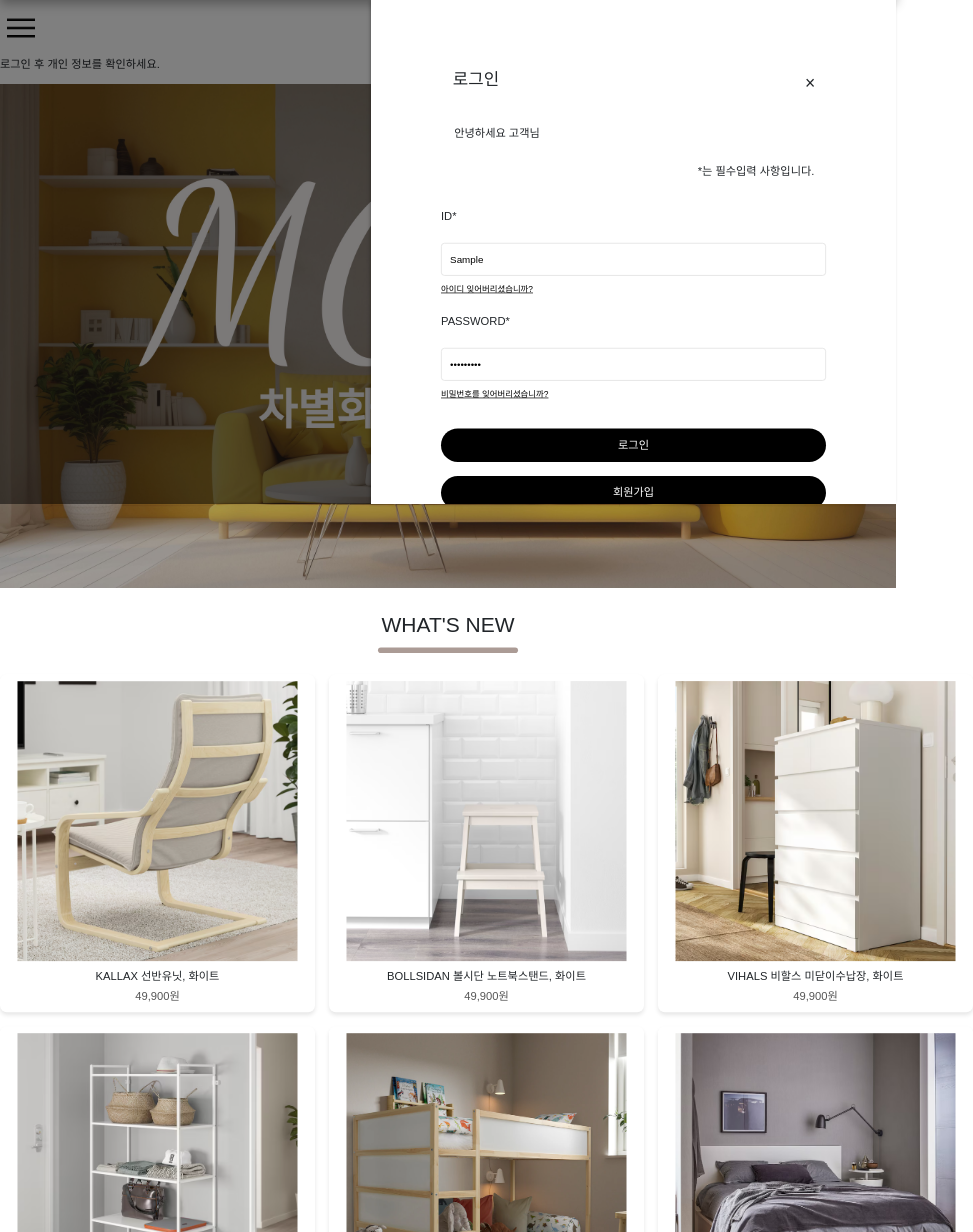
Repository: 0823-01/MonoLiving
Page: http://localhost/shoppingMall/
The author's editor kept a copy of each file at every save. The page is drawn from the files as they stood at one save, then again after the next save.
The browser window is 1280 px wide. The page is 1390 px wide, so the pictures cover 1390 px, including what lies to the right of the window. The pictures show the part of the page from y = 0 to 1760 px (the page is 8497 px tall), at 70% of full size.
Empty fields were first filled with sample values (such as "Sample", 5 or name@example.com).
After loading, the first visible `img[onclick="handleWishlistClick()"]` was clicked once.
An inner scrolling area shows only its first screen. Some web fonts or font styles are not loaded; a fallback is used. The page is served by Tomcat 9.

Above is the page before, as saved 2024-11-01 02:06:46.
Console error: SyntaxError: Identifier 'menuImage' has already been declared

After the next save:
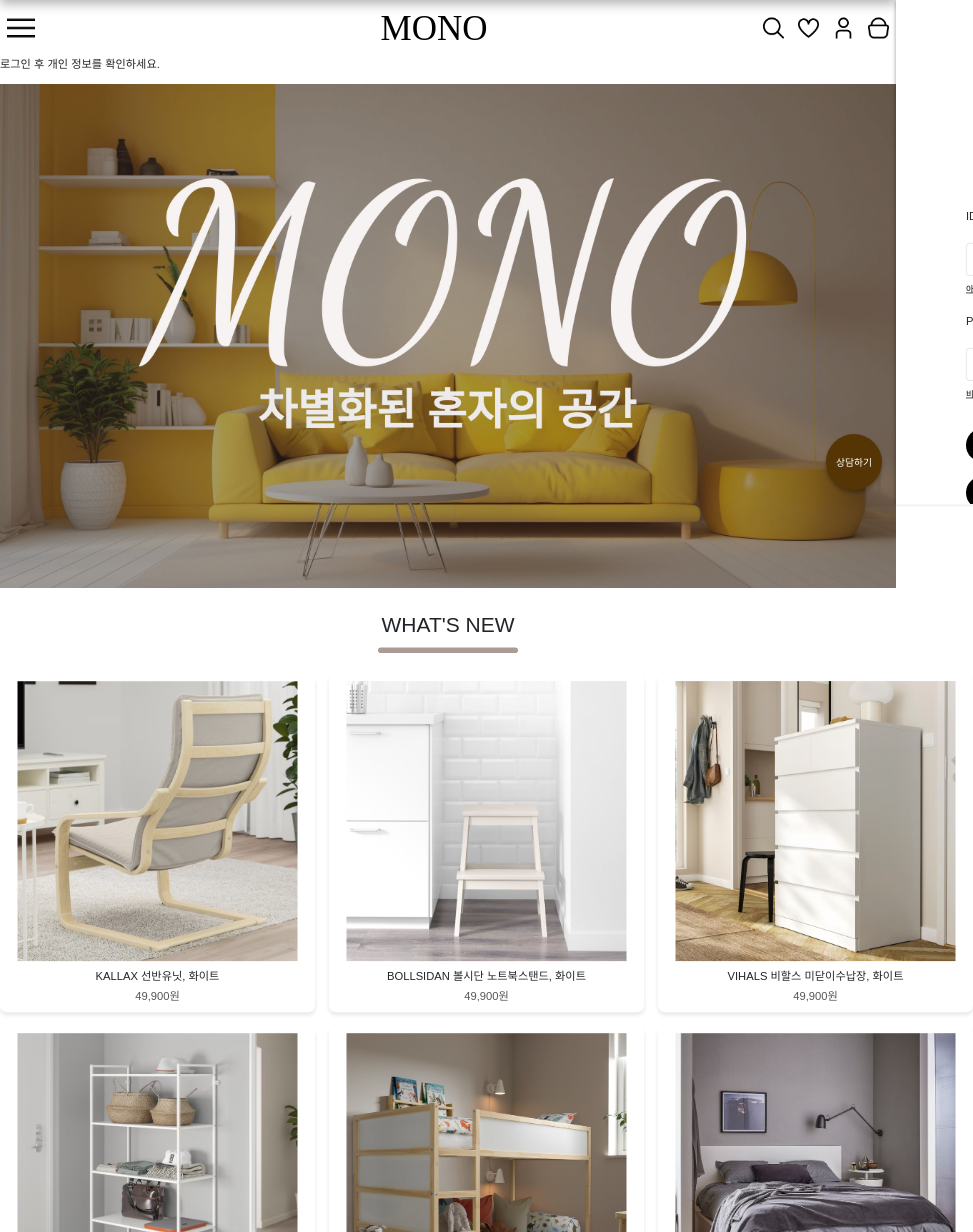
Saved 3 min 43 s later.
--- a/shoppingMall/src/main/webapp/views/common/header.jsp
+++ b/shoppingMall/src/main/webapp/views/common/header.jsp
@@ -59,17 +59,17 @@
             <% if (loginUser == null) { %>
                 openLoginPanel();
             <% } else { %>
-            location.href = '<%= contextPath %>/views/member/myPage.jsp'; // myPage.me에서 myPage.jsp로 변경
+                document.querySelector('.my-page-area').style.display = 'block'; // 마이페이지 패널 열기
+                document.querySelector('.login-area').style.display = 'none'; // 로그인 패널 닫기
             <% } %>
         }
 
-        function handleWishlistClick() {
-            <% if(loginUser == null) { %>
-                openLoginPanel();
-            <% } else { %>
-                document.getElementById("wishlistForm").submit();
-            <% } %>
-        }
+        // 마이페이지 닫기 버튼 이벤트 추가
+        document.addEventListener('DOMContentLoaded', function() {
+            document.querySelector('.my-page-panel .close-btn').addEventListener('click', function() {
+                document.querySelector('.my-page-area').style.display = 'none'; // 마이페이지 패널 닫기
+            });
+        });
 
     </script>
 
@@ -88,8 +88,7 @@
             <div>
                 <li><a href="#" onclick="location.href = '<%= contextPath %>/bedList.pr'; return false;">침대</a></li>
                 <li><a href="#" onclick="location.href = '<%= contextPath %>/tableList.pr'; return false;">테이블·식탁·책상</a></li>
-                <li><a href="#" onclick="location.href =
- '<%= contextPath %>/cabinetList.pr'; return false;">서랍·수납장</a></li>
+                <li><a href="#" onclick="location.href = '<%= contextPath %>/cabinetList.pr'; return false;">서랍·수납장</a></li>
                 <li><a href="#" onclick="location.href = '<%= contextPath %>/showcaseList.pr'; return false;">진열장·책장</a></li>
                 <li><a href="#" onclick="location.href = '<%= contextPath %>/chairList.pr'; return false;">의자</a></li>
                 <li><a href="#" onclick="location.href = '<%= contextPath %>/closetList.pr'; return false;">행거·옷장</a></li>
@@ -97,13 +96,13 @@
         </div>
     </div>
 
- 	<form id="search-form" action="<%= contextPath %>/search-list.pr" method="get">
-		    <div class="search-panel">
-		        <input type="text" class="search-input" name="keyword" placeholder="'당신만의 공간을 위한' 가구를 검색하세요.">
-		        <input type="submit" class="search-button" value="검색">
-		        <span class="close-search-btn" style="">&times;</span>
-		    </div>
-		</form>
+    <form id="search-form" action="<%= contextPath %>/search-list.pr" method="get">
+        <div class="search-panel">
+            <input type="text" class="search-input" name="keyword" placeholder="'당신만의 공간을 위한' 가구를 검색하세요.">
+            <input type="submit" class="search-button" value="검색">
+            <span class="close-search-btn" style="">&times;</span>
+        </div>
+    </form>
     <div class="overlay"></div>
 
     <!-- 로그인 관련 영역 -->
@@ -136,15 +135,15 @@
                     <img src="resources/images/main/menu.png" alt="Menu">
                 </div>
                 <div id="header2">
-                	<a  href="<%= contextPath %>">MONO</a>
+                    <a href="<%= contextPath %>">MONO</a>
                 </div>
                 <div id="header3">
                     <img src="resources/images/main/search.png" onclick="openSearchPanel()">
                     <img src="resources/images/main/heart.png" alt="Wishlist" onclick="handleWishlistClick()">
-					<form id="wishlistForm" action="<%= contextPath %>/heartProduct.hp" method="post" style="display:none;">
-					    <!-- hidden input으로 로그인한 회원의 userNo 전달 -->
-					    <input type="hidden" name="userNo" value="<%= loginUser != null ? loginUser.getUserNo() : "" %>">
-					</form>
+                    <form id="wishlistForm" action="<%= contextPath %>/heartProduct.hp" method="post" style="display:none;">
+                        <!-- hidden input으로 로그인한 회원의 userNo 전달 -->
+                        <input type="hidden" name="userNo" value="<%= loginUser != null ? loginUser.getUserNo() : "" %>">
+                    </form>
 
                     <!-- 프로필 아이콘: 로그인 상태에 따라 다른 동작 -->
                     <img src="resources/images/main/icon.png" alt="Profile" onclick="handleProfileClick()">
@@ -181,5 +180,18 @@
             %>
         </div>
     </div>
+
+    <!-- 마이페이지 패널 추가 -->
+    <div class="my-page-area" style="display:none;">
+        <div class="my-page-panel">
+            <span class="close-btn" style="margin-left: 600px;">&times;</span>
+            <h2 style="margin-right: 450px; margin-bottom: 50px;">마이페이지</h2>
+            <p>여기에는 사용자의 개인 정보와 주문 내역이 표시됩니다.</p>
+            <div class="or-divider"></div>
+            <p><a href="<%= contextPath %>/myPage.me">내 정보 수정</a></p>
+            <p><a href="<%= contextPath %>/myOrders.me">주문 내역 확인</a></p>
+        </div>
+    </div>
+
 </body>
 </html>
